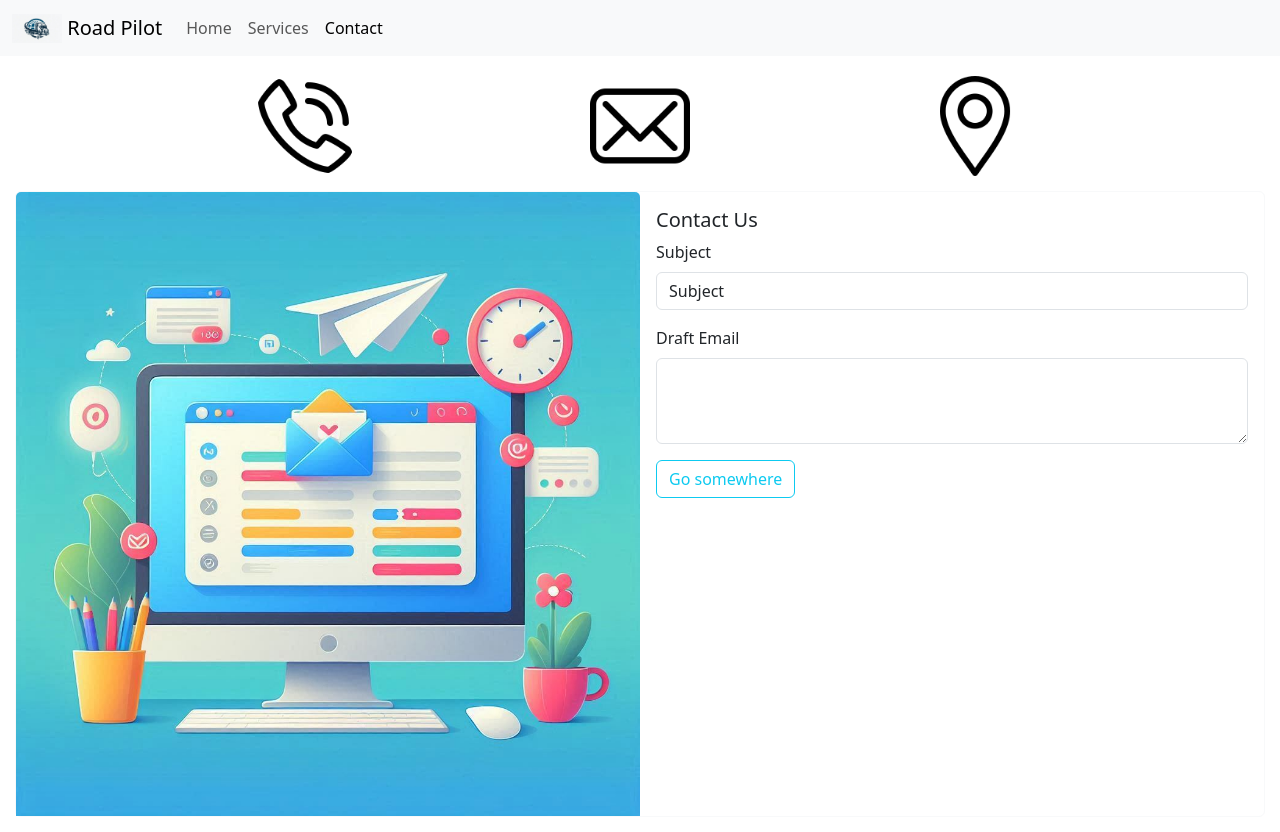
Repository: VictoriousMango/WebCreator
Page: pages/contact.html
An editor plug-in stored every save of this project. The page is shown before and after the next save, followed by the edit.
The browser window is 1280 px wide. The pictures show the whole page.

Above is the page before, as saved 2024-11-09 13:14:12.

After the next save:
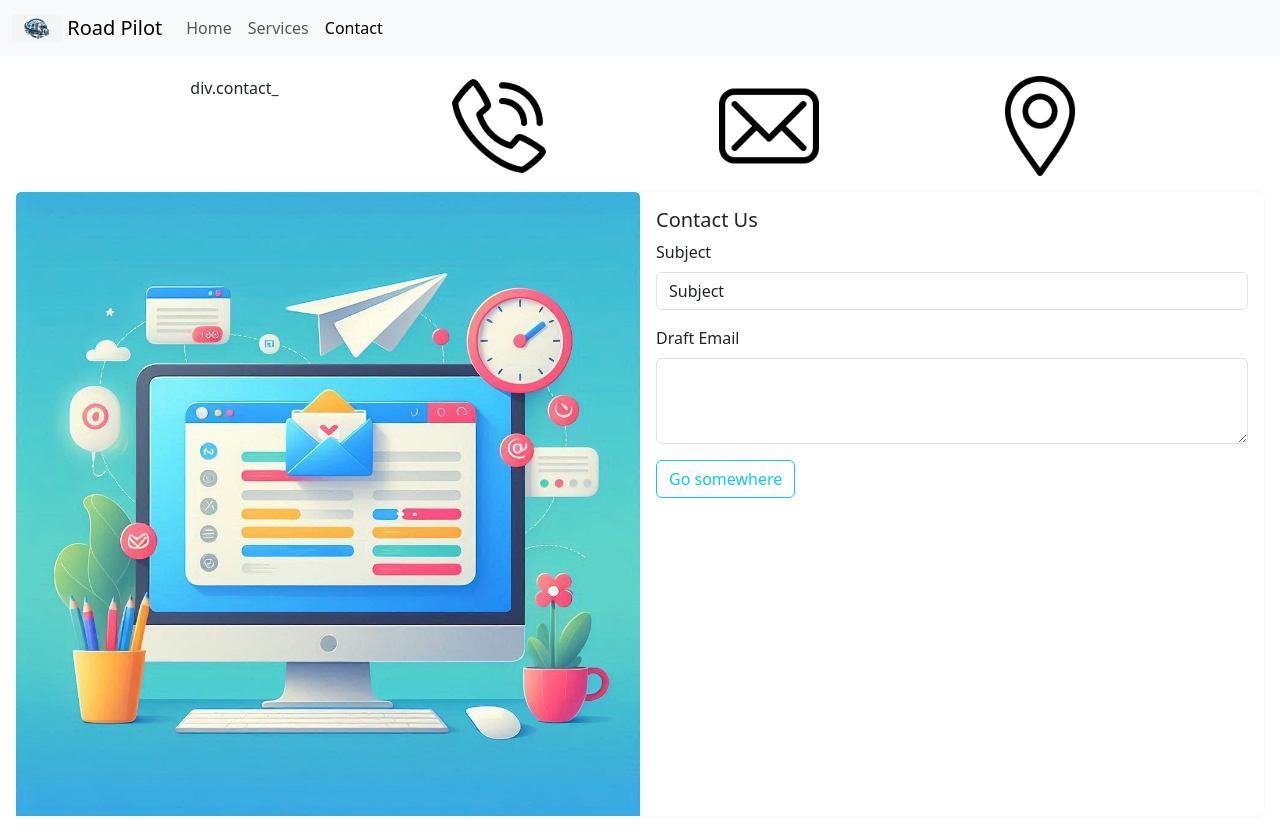
Saved 72 s later.
--- a/pages/contact.html
+++ b/pages/contact.html
@@ -44,6 +44,7 @@
         <!-- div for icons -->
         <div class="contact__links">
             <!-- phone number -->
+             div.contact_
             <img class="contact__linksIMG" src="../assets/images/contact__phone.png" alt="">
             <img class="contact__linksIMG" src="../assets/images/contact__email.png" alt="">
             <img class="contact__linksIMG" src="../assets/images/contact__location.png" alt="">
